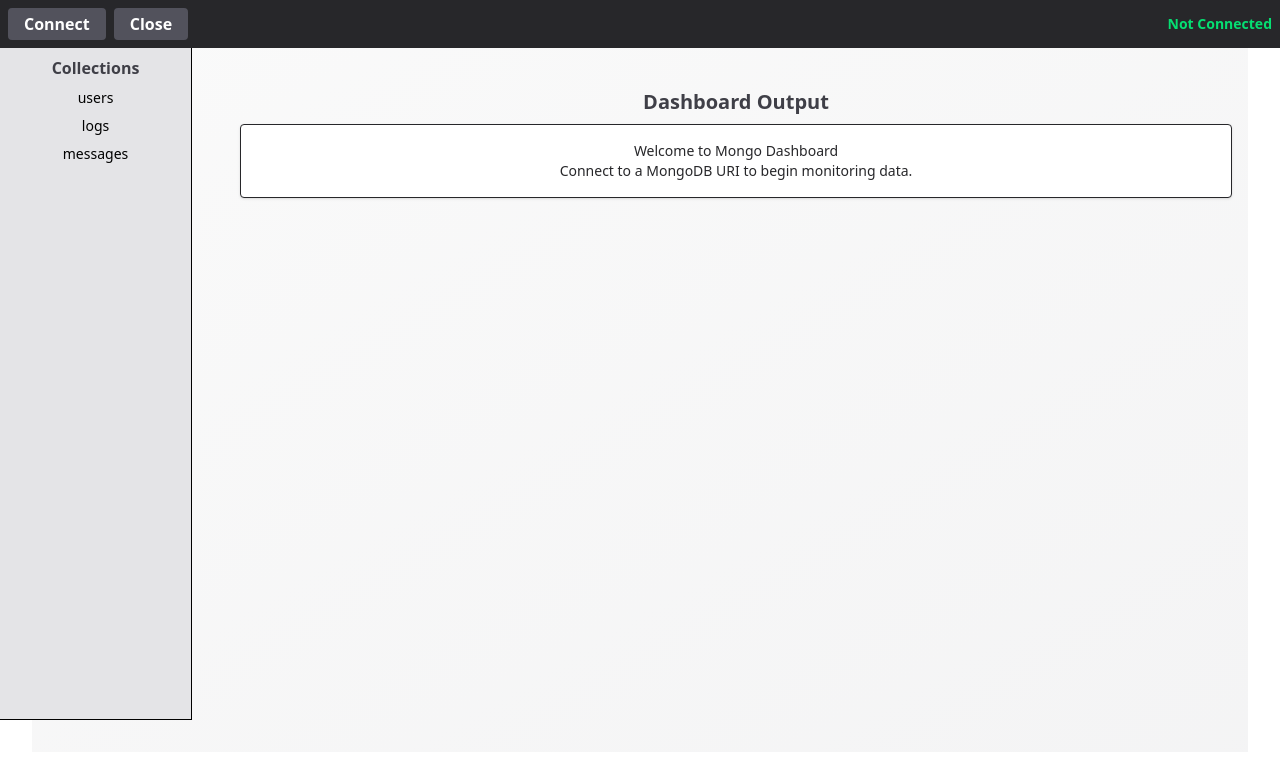
Repository: aryan151pratap/Dashboard
Page: / (app in frontened/)
The author's editor kept a copy of each file at every save. The page is drawn from the files as they stood at one save, then again after the next save.
The browser window is 1280 px wide. The pictures show the whole page.
The project was rebuilt for these pictures with package versions that can differ from the ones it lists, and the page was loaded fresh each time. Also part of the build but not shown: frontened/vite.config.js, frontened/src/component/connect.jsx.

Above is the page before, as saved 2025-06-24 13:53:18.

### frontened/index.html
<!doctype html>
<html lang="en">
  <head>
    <meta charset="UTF-8" />
    <link rel="icon" type="image/svg+xml" href="/vite.svg" />
    <meta name="viewport" content="width=device-width, initial-scale=1.0" />
    <title>Dashboard</title>
    <script src="https://cdn.jsdelivr.net/npm/@tailwindcss/browser@4"></script>

  </head>
  <body>
    <div id="root"></div>
    <script type="module" src="/src/main.jsx"></script>
  </body>
</html>

### frontened/src/App.jsx
import { useState } from 'react'
import './App.css'
import Dashboard from './component/dashboard'

function App() {

  return (
    <>
    <div className='h-screen w-full'>
      <Dashboard/>
    </div>
    </>
  )
}

export default App

### frontened/src/component/dashboard.jsx
import Bar from "./bar";

function Dashboard(){
	return(
		<>
		<div className="h-full w-full bg-gradient-to-br from-zinc-50 to-zinc-100">
			<Bar/>
		</div>
		</>
	)
}

export default Dashboard;

### frontened/src/component/bar.jsx
import { useState } from "react";
import Connect from "./connect";

function Bar() {
  const [buttons] = useState(["connect", "close"]);
  const [showModal, setShowModal] = useState(false);
  const [uri, setUri] = useState("");
  const [connected, setConnected] = useState(false);

  return (
    <div>
		{/* Top Navbar */}
		<div className="w-full fixed top-0 left-0 flex justify-between items-center p-2 bg-zinc-800 text-white z-10">
			<div className="flex gap-2">
			{buttons.map((i, index) => (
				<button
				key={index}
				onClick={() => i === "connect" && setShowModal(true)}
				className="capitalize font-semibold bg-zinc-600 px-4 py-1 rounded hover:bg-zinc-700"
				>
				{i}
				</button>
			))}
			</div>
			<p className="font-semibold text-green-400 text-sm">
			{connected ? "Connected" : "Not Connected"}
			</p>
		</div>

		<div className="h-screen flex sm:flex-col md:flex-col flex-row">
			<div className="h-fit sm:h-full w-full pt-12 sm:w-48 bg-zinc-200 absolute sm:fixed left-0 top-0 border-b sm:border-r">
				<p className="text-center font-bold p-2 text-zinc-700">Collections</p>
				<ul className="px-4 text-sm flex sm:flex-col flex-row gap-2">
					<li className="hover:underline cursor-pointer">users</li>
					<li className="hover:underline cursor-pointer">logs</li>
					<li className="hover:underline cursor-pointer">messages</li>
				</ul>
			</div>

			{/* Main Content */}
			<div className="sm:ml-48 pt-14 p-4">
				<h1 className="text-xl font-bold mb-2 text-zinc-700">Dashboard Output</h1>
				<div className="bg-white p-4 border rounded shadow text-sm text-zinc-800">
				<p>Welcome to Mongo Dashboard</p>
				<p>Connect to a MongoDB URI to begin monitoring data.</p>
				</div>
			</div>
		</div>

		{/* Connect Modal */}
		{showModal && (
			<Connect
				uri={uri}
				setUri={setUri}
				setConnected={setConnected}
				setShowModal={setShowModal}
			/>
		)}
    </div>
  );
}

export default Bar;

Loaded but not shown: frontened/src/main.jsx (common file); frontened/src/App.css (common file)

After the next save:
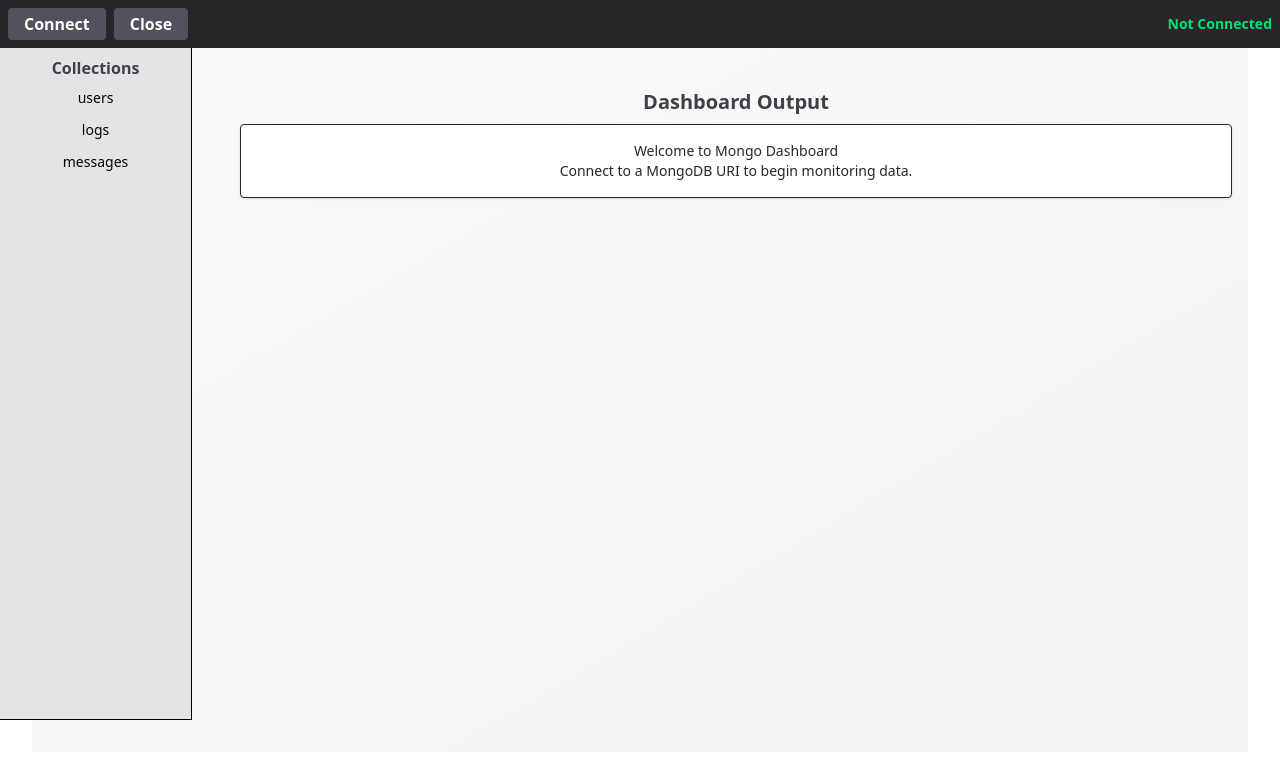
Saved 5 s later.
--- a/frontened/src/component/bar.jsx
+++ b/frontened/src/component/bar.jsx
@@ -30,7 +30,7 @@ function Bar() {
 		<div className="h-screen flex sm:flex-col md:flex-col flex-row">
 			<div className="h-fit sm:h-full w-full pt-12 sm:w-48 bg-zinc-200 absolute sm:fixed left-0 top-0 border-b sm:border-r">
 				<p className="text-center font-bold p-2 text-zinc-700">Collections</p>
-				<ul className="px-4 text-sm flex sm:flex-col flex-row gap-2">
+				<ul className="px-4 text-sm flex sm:flex-col flex-row gap-3">
 					<li className="hover:underline cursor-pointer">users</li>
 					<li className="hover:underline cursor-pointer">logs</li>
 					<li className="hover:underline cursor-pointer">messages</li>
